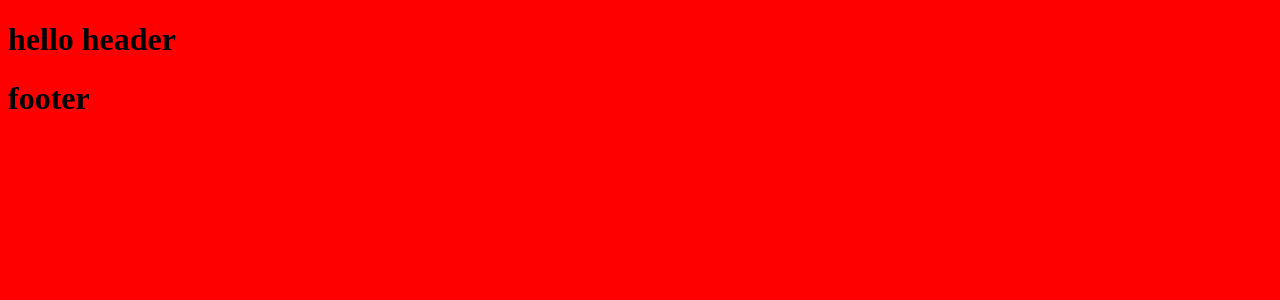
Repository: Rohullah-Noori/shop
Page: index.html
The author's editor kept a copy of each file at every save. The page is drawn from the files as they stood at one save, then again after the next save.
The browser window is 1280 px wide. The pictures show the whole page.

Above is the page before, as saved 2025-03-05 17:13:11.

### index.html
<!DOCTYPE html>
<html lang="en">
  <head>
    <meta charset="UTF-8" />
    <meta name="viewport" content="width=device-width, initial-scale=1.0" />
    <title>Document</title>
    <style>
      body {
        background-color: red;
      }
    </style>
  </head>
  <body>
    <h1>hello header</h1>
  </body>
  <footer>
    <h1>footer</h1>
  </footer>
</html>

After the next save:
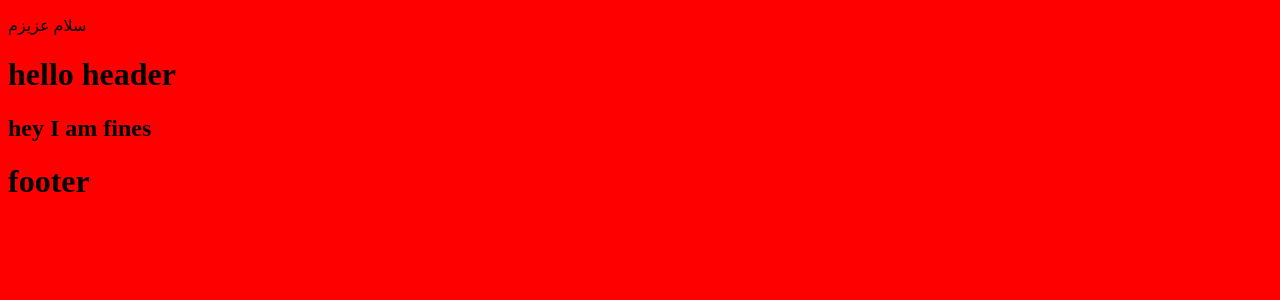
Saved 3 min 0 s later.
--- a/index.html
+++ b/index.html
@@ -11,7 +11,9 @@
     </style>
   </head>
   <body>
+    <p>سلام عزیزم</p>
     <h1>hello header</h1>
+    <h2>hey I am fines</h2>
   </body>
   <footer>
     <h1>footer</h1>
